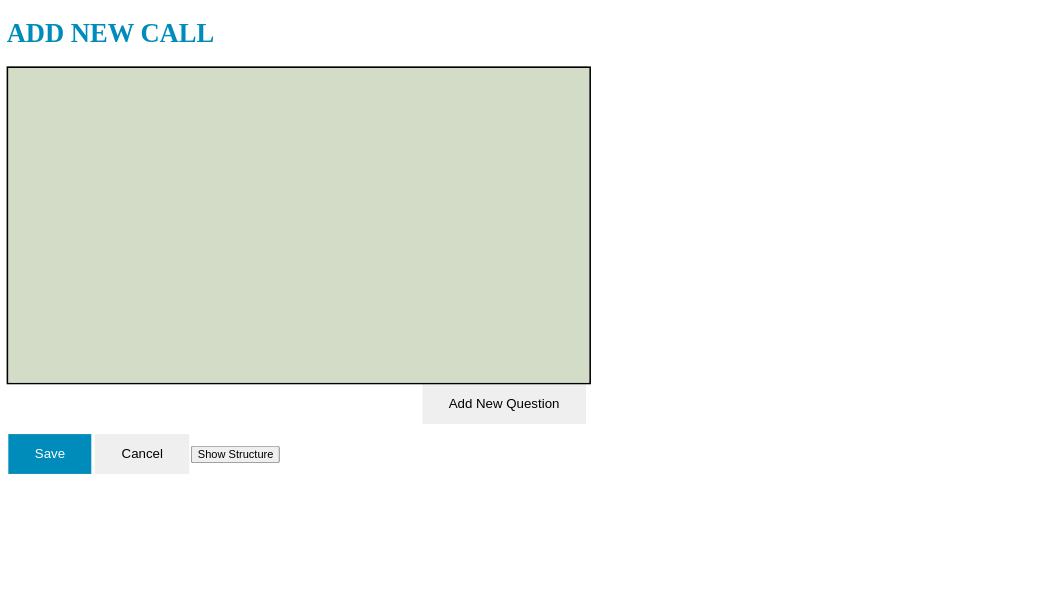
Repository: useforprashant/assignment
Page: http://localhost/springProject/home
An editor plug-in stored every save of this project. The page is shown before and after the next save, followed by the edit.
The browser window is 1280 px wide. The pictures show the whole page, at 83% of full size.
Some web libraries are served in a nearby version. The page is served by Tomcat 9. Other server files are loaded and not shown.

Above is the page before, as saved 2017-08-16 14:12:07.

### AugustDemo/springProject/src/main/webapp/WEB-INF/pages/home.jsp
<%@ page language="java" contentType="text/html; charset=ISO-8859-1"
    pageEncoding="ISO-8859-1"%>
<!DOCTYPE html PUBLIC "-//W3C//DTD HTML 4.01 Transitional//EN" "http://www.w3.org/TR/html4/loose.dtd">
<html>
<head>
<meta http-equiv="Content-Type" content="text/html; charset=ISO-8859-1">
<title>Assignment</title>

<script src="http://code.jquery.com/jquery-1.11.0.min.js"></script>
<script>

var count =1;

$(document).ready(function() {

	//$('#showTree').hide();
	$('#treeView').hide();

	  $('.button_add_new_ques').click(function() {
		  $('#inner-rightTree').empty();
		  idd=count;
	    $('#inner-right').append($('<div class="inner_d" id="inner_div_'+count+'"></div>')).append(('<input type="text" style="padding-top: 10px;	border-radius: 10px; margin-bottom: 5px;" size="50" value="" class"assn" name="q_'+idd+'" id="q_'+idd+'">'),$('<select onchange="cq(this.value,this.id)" type="select"  id="dd_'+idd+'">').append('<option value="">'+'Select Choice</option>', '<option value="1">'+'Single Choice</option>','<option value="2">'+'Multiple Choice</option>' ,'<option value="3">'+'Multi-Line Text</option>'));
	    count++;
	    return false;
	  });

	  $(document).on('click', '.person', function() {
	    $(this).children('p').toggle('slow');
	  });

	   $('#save').click(function(){
		   var datastring = $("#myFm").serialize();
		/*    var idNdVal = datastring.split("&");
		  var sl = idNdVal.length;
		  jsonObj = [];
		  for(i=0;i<sl;i++){
			  var idvl= idNdVal[i].split("=");

			  var id = idvl[0];
		        var val1 = idvl[1];
			      item = {}
		        item ["id"] = id;
		        item ["value"] = val1;

		        jsonObj.push(item);

		  } */
	     $.ajax({
               type: "POST",
               url: "saveValue",
               data: {
            	   datastring : datastring
               },

               success: function(data) {
                    alert(data);
                    if(data == "data inserted successfully"){
               	     $('#inner-right').empty();
               	  $('#showTree').show();
               		  }
               }
           });

	  });

	  $('#showTree').click(function(){
		  $('#inner-rightTree').empty();
		  $('#treeView').show();
		  $.ajax({
              type: "GET",
              url: "getValues",

              success: function(data) {
            	var totalObject = data.split('N');
            	var lngth = parseInt(totalObject.length)-1;
            	countout=0;
            	countin = 0;
                  for(i=0; i<lngth;i++){
                	  var obj = totalObject[i];
                	  var values = obj.split('and');
                	  var idSplit = values[0].split('_');
                	  var clsID = values[0].split(':');
                	  var ids = values[0].split(':');

                	  if(idSplit.length == 2){
                		  countout++;
                		 var val1 = values[1].split(':');
                		  $('#inner-rightTree').append('<ul class="tree" id="ul_'+countout+'"><span class="tab">'+val1[1]+'</span></ul>');
                	  }
                	  else{
                		  var type = values[2].split(':');
                		  var x = type[1];
                		  var cls = "u_"+idSplit[1];
                		  if(x == 1){
                			 ct = countout;
                			 countout++;
                			  var val1 = values[1].split(':');
                			$("#ul_"+ct).append('<ul class="tree" id="ul_'+countout+'"><span class="tab">'+val1[1]+'</span></ul>');
                    	  }
                		  else{
                		  var val1 = values[1].split(':');
                		  $("#ul_"+countout).append('<li><span class="tab">'+val1[1]+'</span></li>');
                		  }
                		  }
                  }

              }
          });
	  });

	   /*  $("form").submit(function() {
	    	alert('save');
		   var urlVal = document.forms["myFm"].submit();
			alert(urlVal);
		  return false;
	    });
 */

 $('#cancel').click(function(){
	 if (confirm("Are you sure for cancel this survey without save?"))
		{
		 $('#inner-right').empty();
		}

 });

});

function sq(val,id){
	var idd1 = id.split('_');
	var idd2 = idd1[1];
	var idd = id.substring(3);
	/*  $('#inner_div_'+idd2+'').append($('<div class="inner_d" id="inner_div_'+count+'"></div>')).append(('<input type="text" style="padding-top: 10px;	border-radius: 10px; margin-bottom: 5px;" size="50" value="" name="q_'+idd+'" id="q_'+idd+'">'),$('<select onchange="cq(this.value,this.id)" type="select"  id="dd_'+idd+'">').append( '<option value="1">'+'Single Choice</option>','<option value="2">'+'Multiple Choice</option>' ,'<option value="3">'+'Multi-Line Text</option>')); */
	 $('#'+id).after(('<input type="text" style="padding-top: 10px;	border-radius: 10px; margin-bottom: 5px; margin-left: 5px;" size="50" value="" class"assn" name="q_'+idd+'" id="q_'+idd+'_1">'),$('<select onchange="cq(this.value,this.id)" type="select"  id="dd_'+idd+'">').append( '<option value="">'+'Select Choice</option>','<option value="1">'+'Single Choice</option>','<option value="2">'+'Multiple Choice</option>' ,'<option value="3">'+'Multi-Line Text</option>'));

	    return false;

}

function cq(val,id){

	var idd = id.substring(3);

	if(val==1){
		$('#'+id).after(('<input type="text" style="padding-top: 10px;	border-radius: 10px; margin-bottom: 5px; margin-left: 5px;" size="50" value="" class="assn" name="a_'+idd+'_1" id="a_'+idd+'_1">'),$('<button onclick="sq(this.value,this.id)" type="button" class="button_add_sub_ques"  id="sq_'+idd+'_1">Add Sub Question</button>'));
}
	if(val==2){
		$('#'+id).after('<input type="text" style="padding-top: 10px;	border-radius: 10px; margin-bottom: 5px; margin-left: 5px;" size="50" value="" class="assn" name="a_'+idd+'_5" id="a_'+idd+'_5">');
		$('#'+id).after('<input type="text" style="padding-top: 10px;	border-radius: 10px; margin-bottom: 5px; margin-left: 5px;" size="50" value="" class="assn" name="a_'+idd+'_4" id="a_'+idd+'_4">');
		$('#'+id).after('<input type="text" style="padding-top: 10px;	border-radius: 10px; margin-bottom: 5px; margin-left: 5px;" size="50" value="" class="assn" name="a_'+idd+'_3" id="a_'+idd+'_3">');
		$('#'+id).after('<input type="text" style="padding-top: 10px;	border-radius: 10px; margin-bottom: 5px; margin-left: 5px;" size="50" value="" class="assn" name="a_'+idd+'_2" id="a_'+idd+'_2">');
		$('#'+id).after('<input type="text" style="padding-top: 10px;	border-radius: 10px; margin-bottom: 5px; margin-left: 5px;" size="50" value="" class="assn" name="a_'+idd+'_1" id="a_'+idd+'_1">');
	}
	if(val==3){
		$('#'+id).after(('<textarea style="padding-top: 10px;	border-radius: 10px; margin-bottom: 5px; margin-left: 5px; width: 438px;" value="" class="assn" name="a_'+idd+'_1" id="a_'+idd+'_1">'));
	}

}
function createJSON() {
	  jsonObj = [];
    $("input[class=assn]").each(function() {
    	alert("Json");

        var id = $(this).attr("title");
        var assn = $(this).val();

        item = {}
        item ["title"] = id;
        item ["value"] = assn;

        jsonObj.push(item);

    });

    console.log(jsonObj);
}


</script>
<style>

li {
  padding-left: 0.5em;
}
h1 {
    orphans: 3;
    widows: 3;
  color: #008CBA;
  }

  html, body {
    height: 90%;
}

.inner_d{
 margin-left: 20px;
}

#wrapper {
    height: 100%;
    display: table;
    width: 700px;
}
#header, #footer {
    display: table-row;
    height: 20px;
}
#body {
    height: 70%;
    display: table-row;
    background: rgba(211, 220, 198, 1);
}
#left-col, #right-col {
    display: inline-block;
    width: 100%;
    height: 100%;
    max-height: 100%;
    margin-right: 20px;
    border: 2px black solid;
    vertical-align: top;
    overflow: hidden;
}
#inner-right {
    height: 500%;
    max-height: 500px;
    overflow-y: scroll;
    background: rgba(211, 220, 198, 1);
}

.button_save {
    background-color: #008CBA;
    border: none;
    color: white;
    padding: 15px 32px;
    text-align: center;
    text-decoration: none;
    display: inline-block;
    font-size: 16px;
    margin: 4px 2px;
    cursor: pointer;
}

.button_cancel {
   /*  background-color: #008CBA; */
    border: none;
    color: black;
    padding: 15px 32px;
    text-align: center;
    text-decoration: none;
    display: inline-block;
    font-size: 16px;
    margin: 4px 2px;
    cursor: pointer;
}

.button_add_new_ques {
   /*  background-color: #008CBA; */
    border: none;
    color: black;
    padding: 15px 32px;
    text-align: center;
    text-decoration: none;
    display: inline-block;
    font-size: 16px;
    margin: 4px 2px;
    cursor: pointer;
}

.button_add_sub_ques {
    background: rgba(211, 220, 198, 1);
    border: none;
    color: black;
    padding: 15px 32px;
    text-align: center;
    text-decoration: none;
    display: inline-block;
    font-size: 16px;
    margin: 4px 2px;
    cursor: pointer;
}

#wrapperTree {
    height: 100%;
    display: table;
    width: 700px;
}
#headerTree, #footerTree {
    display: table-row;
    height: 20px;
}
#bodyTree {
    height: 70%;
    display: table-row;
    background: rgba(211, 220, 198, 1);
}
#left-colTree, #right-colTree {
    display: inline-block;
    width: 100%;
    height: 100%;
    max-height: 100%;
    margin-right: 20px;
    border: 2px black solid;
    vertical-align: top;
    overflow: hidden;
}
#inner-rightTree {
    height: 100%;
    max-height: 700px;
    overflow-y: scroll;
    background: rgba(211, 220, 198, 1);
}

.button_ok {
    background-color: #008CBA;
    border: none;
    color: white;
    padding: 15px 32px;
    text-align: center;
    text-decoration: none;
    display: inline-block;
    font-size: 16px;
    margin: 4px 2px;
    cursor: pointer;
}
</style>
</head>
<body>
<form style="height: 500px;" id="myFm" name="myForm"  action="">
<h1>ADD NEW CALL</h1>

<div id="wrapper">

    <div id="body">

        <div id="right-col">

            <div id="inner-right">


              </div>
        </div>
    </div>
    <div id="footer">
<button type="button" style="float: right;"  class="button_add_new_ques">Add New Question</button>
</div>
    <div id="footer">


<button type="button" id="save" class="button_save">Save</button>
<!-- <input type="submit" class="button_save" value="save"  /> -->
<button type="button" id="cancel" class="button_cancel">Cancel</button>

<button type="button" id="showTree" class="show_tree">Show Structure</button>
</div>
</div>

</form>

<br><br><br>
<div id="treeView">
<form style="height: 700px;" id="myFm1" name="myForm1"  action="">
<h1>Tree View</h1>

<div id="wrapperTree">

    <div id="bodyTree">

        <div id="right-colTree">

            <div id="inner-rightTree">


              </div>
        </div>
    </div>
    <div id="footerTree">
<button type="button" style="float: right;"  class="button_ok">OK</button>
</div>

</div>

</form>
</div>
</body>
</html>

After the next save:
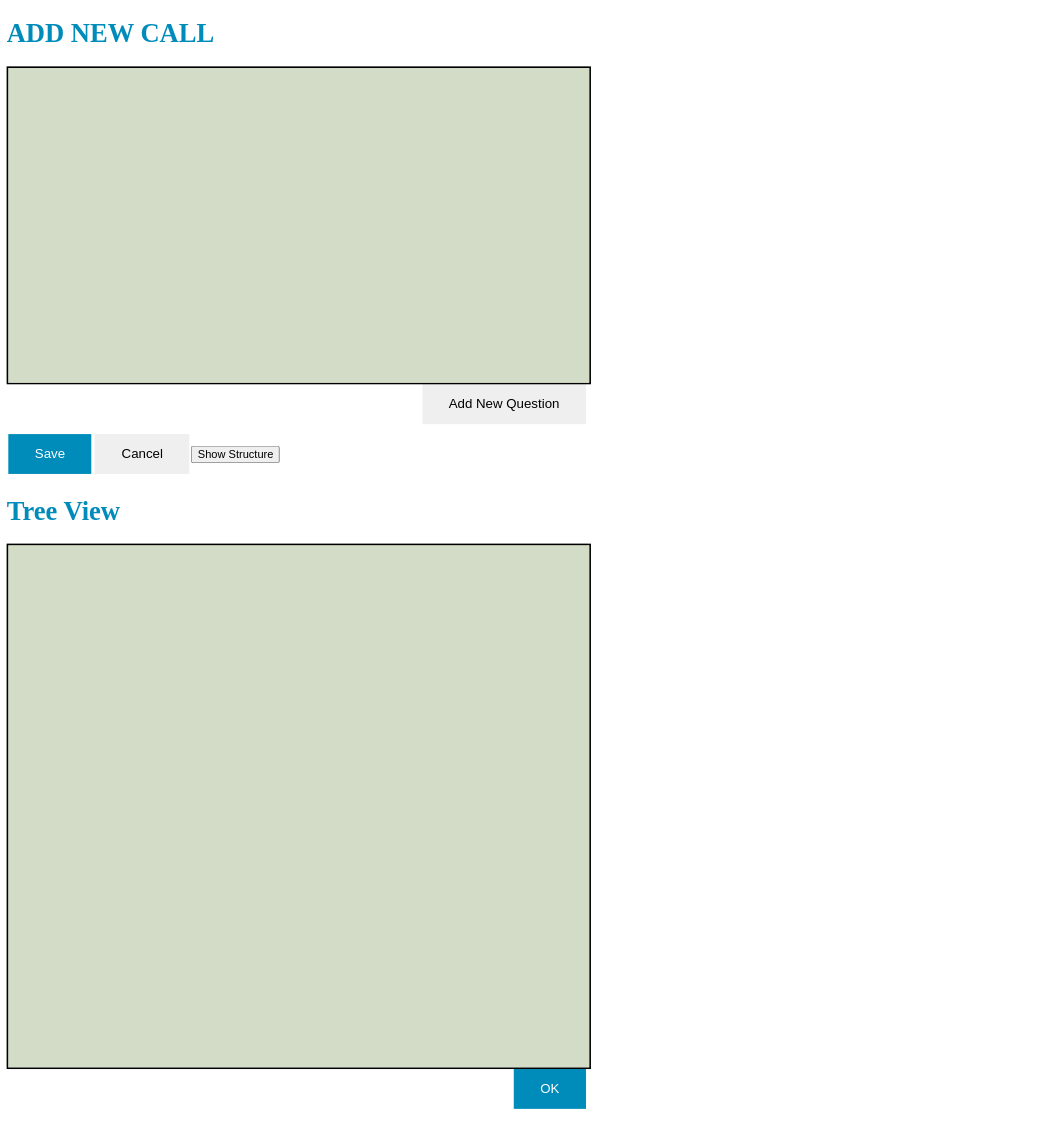
Console error: SyntaxError: Unexpected identifier 'append'
Saved 6 min 46 s later.
--- a/AugustDemo/springProject/src/main/webapp/WEB-INF/pages/home.jsp
+++ b/AugustDemo/springProject/src/main/webapp/WEB-INF/pages/home.jsp
@@ -85,7 +85,7 @@
                 	  if(idSplit.length == 2){
                 		  countout++;
                 		 var val1 = values[1].split(':');
-                		  $('#inner-rightTree').append('<ul class="tree" id="ul_'+countout+'"><span class="tab">'+val1[1]+'</span></ul>');
+                		  $('#inner-rightTree').append('<li><span class="tab">'+val1[1]+'</span></li>').append('<ul class="tree" id="ul_'+countout+'"></ul>');
                 	  }
                 	  else{
                 		  var type = values[2].split(':');
@@ -95,7 +95,7 @@
                 			 ct = countout;
                 			 countout++;
                 			  var val1 = values[1].split(':');
-                			$("#ul_"+ct).append('<ul class="tree" id="ul_'+countout+'"><span class="tab">'+val1[1]+'</span></ul>');
+                			$("#ul_"+ct)append('<li><span class="tab">'+val1[1]+'</span></li>').append('<ul class="tree" id="ul_'+countout+'"></ul>');
                     	  }
                 		  else{
                 		  var val1 = values[1].split(':');

After the save that followed:
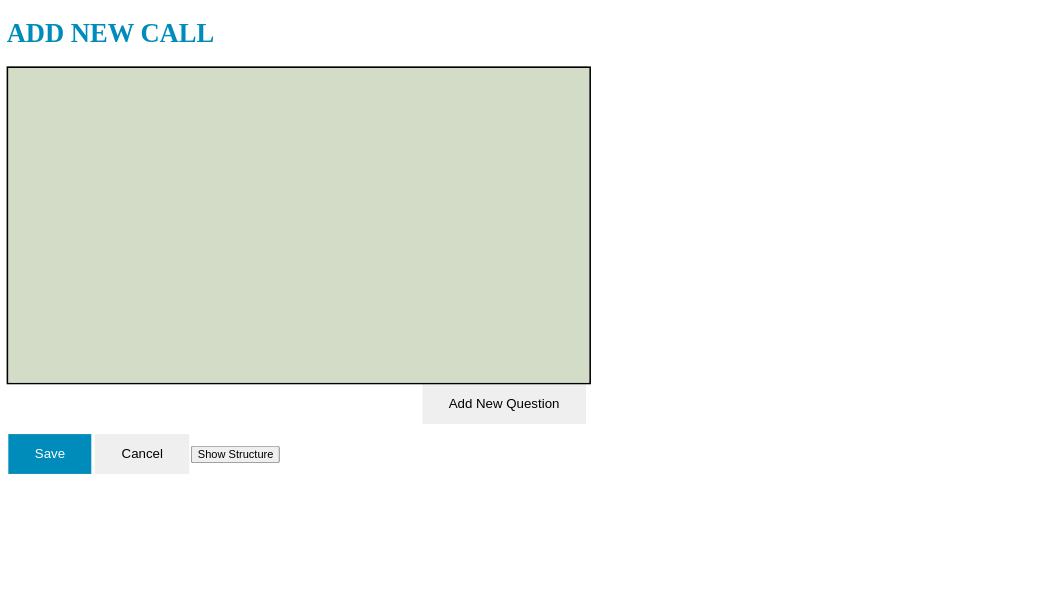
The error is gone.
Saved 68 s later.
--- a/AugustDemo/springProject/src/main/webapp/WEB-INF/pages/home.jsp
+++ b/AugustDemo/springProject/src/main/webapp/WEB-INF/pages/home.jsp
@@ -85,7 +85,7 @@
                 	  if(idSplit.length == 2){
                 		  countout++;
                 		 var val1 = values[1].split(':');
-                		  $('#inner-rightTree').append('<li><span class="tab">'+val1[1]+'</span></li>').append('<ul class="tree" id="ul_'+countout+'"></ul>');
+                		  $('#inner-rightTree').append('<ul class="tree" id="ul_'+countout+'"><span class="tab">'+val1[1]+'</span></ul>');
                 	  }
                 	  else{
                 		  var type = values[2].split(':');
@@ -95,7 +95,7 @@
                 			 ct = countout;
                 			 countout++;
                 			  var val1 = values[1].split(':');
-                			$("#ul_"+ct)append('<li><span class="tab">'+val1[1]+'</span></li>').append('<ul class="tree" id="ul_'+countout+'"></ul>');
+                			$("#ul_"+ct).append('<ul class="tree" id="ul_'+countout+'"><span class="tab">'+val1[1]+'</span></ul>');
                     	  }
                 		  else{
                 		  var val1 = values[1].split(':');
